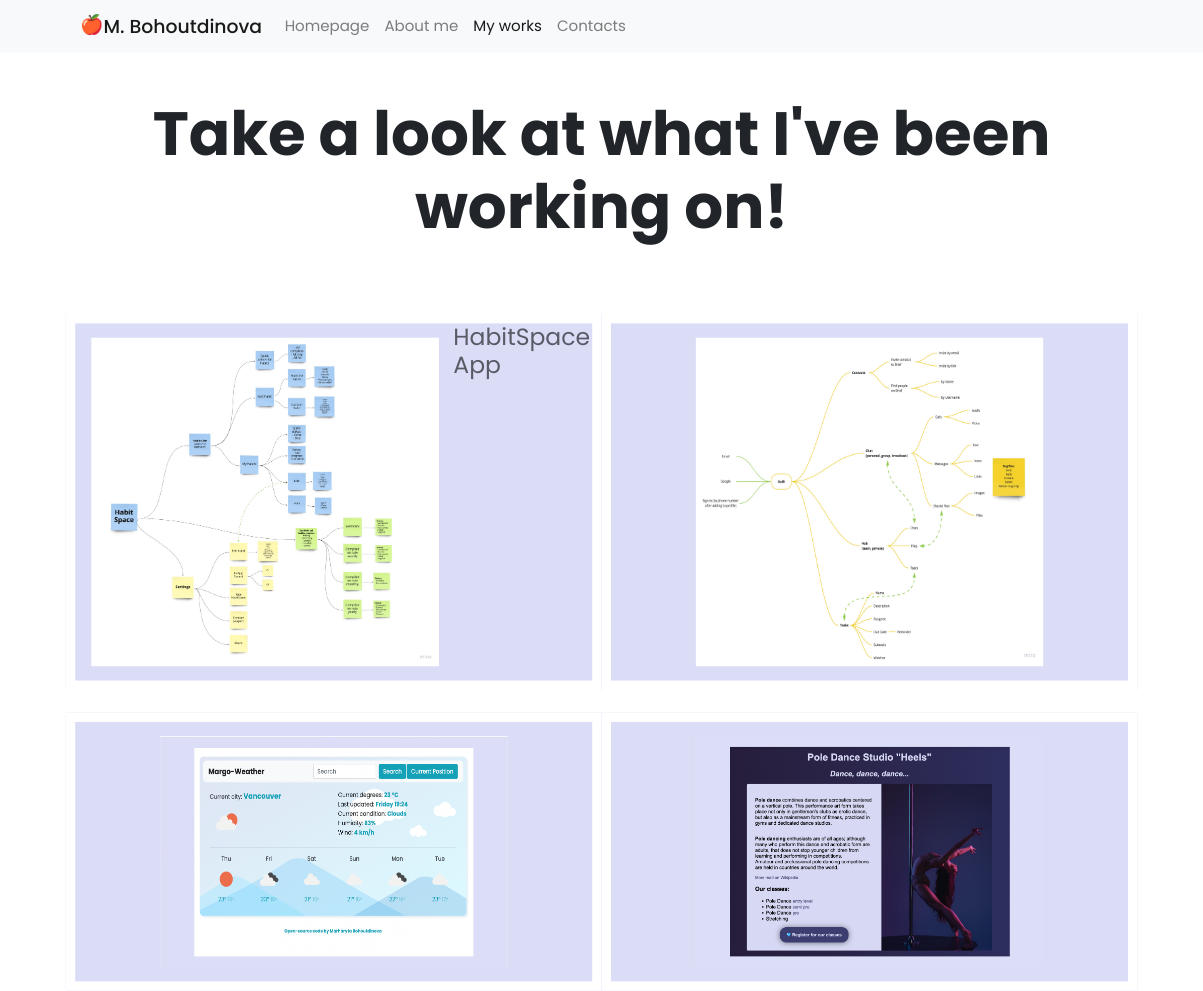
Repository: Bohoutdinova/Portfolio_week-4
Page: works.html
The author's editor kept a copy of each file at every save. The page is drawn from the files as they stood at one save, then again after the next save.
The browser window is 1280 px wide. The pictures show the whole page, at 94% of full size.

Above is the page before, as saved 2022-08-12 16:31:31.

After the next save:
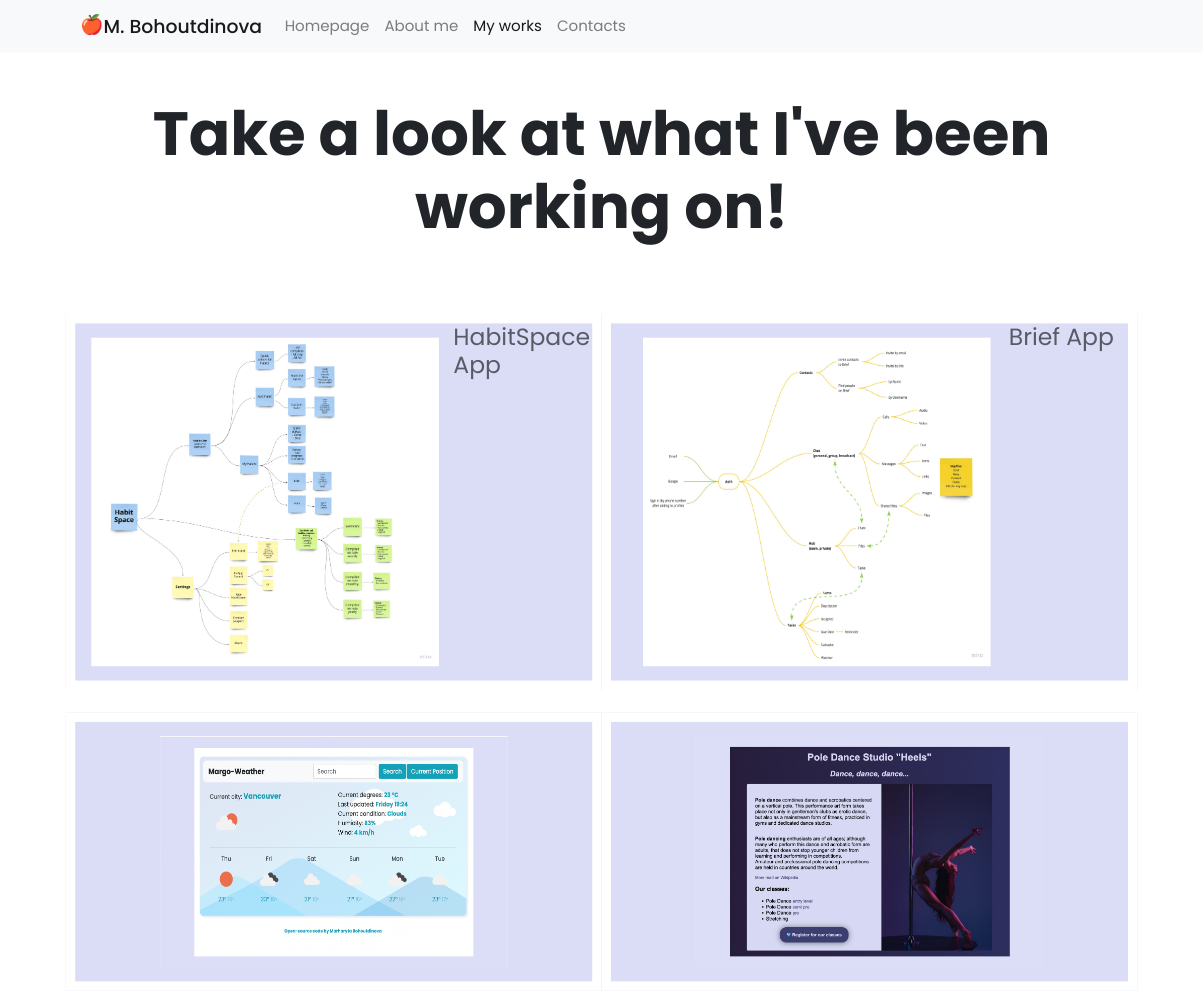
Saved 36 s later.
--- a/works.html
+++ b/works.html
@@ -105,6 +105,7 @@
               class="img-fluid rounded img-works"
               width="400"
             />
+            <h3 class="works-app-head">Brief App</h3>
           </div>
           <div class="col-md-6 mt-4 img-color">
             <img
